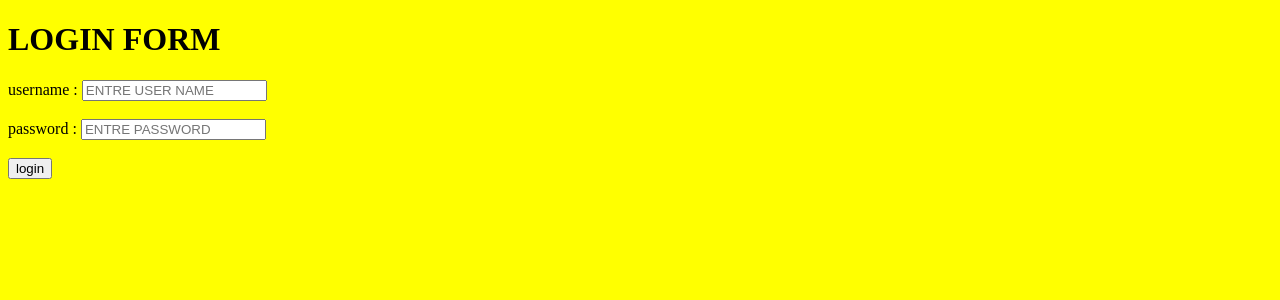
Repository: thatipallyvinod/AdvanceJava
Page: LoginFormApp/src/main/webapp/login.html
The author's editor kept a copy of each file at every save. The page is drawn from the files as they stood at one save, then again after the next save.
The browser window is 1280 px wide. The pictures show the whole page.

Above is the page before, as saved 2024-03-25 08:51:40.

After the next save:
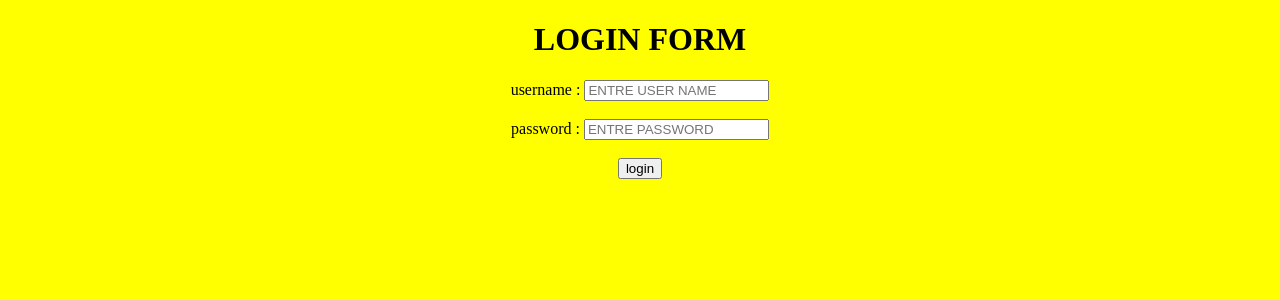
Saved 77 s later.
--- a/LoginFormApp/src/main/webapp/login.html
+++ b/LoginFormApp/src/main/webapp/login.html
@@ -4,6 +4,7 @@
      <title> LOGIN FORM </title>
    </head>
   <body bgcolor="yellow">
+  <div style="text-align: center;">
   <h1> LOGIN FORM </h1>
   <form method = "get" action = "LoginFormServlet">
   <label > username : </label>
@@ -14,5 +15,6 @@
   <br><br>
   <input type = "submit" value = "login"/>
   </form>
+  </div>
   </body>
 </html>
